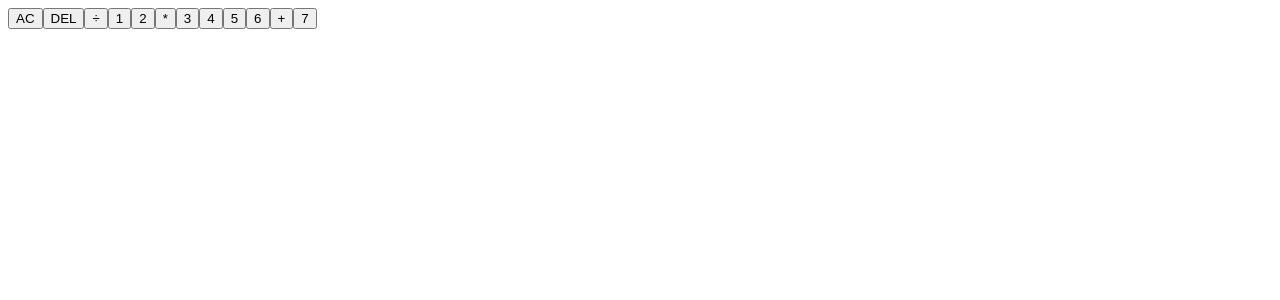
Repository: Ellisvelandia/Calculator
Page: /
The author's editor kept a copy of each file at every save. The page is drawn from the files as they stood at one save, then again after a run of saves.
The browser window is 1280 px wide. The pictures show the whole page.
The project was rebuilt for these pictures with package versions that can differ from the ones it lists, and the page was loaded fresh each time. Also part of the build but not shown: src/index.css, src/App.css.

Above is the page before, as saved 2022-08-15 23:32:33.

### src/App.js
import './App.css';

function App() {
  return (
    <div className="calculator.grid">
      <div className='output'>
        <div className="previous-operand"></div>
        <div className="current-operand"></div>
      </div>
      <button className='span-two'>AC</button>
      <button>DEL</button>
      <button>÷</button>
      <button>1</button>
      <button>2</button>
      <button>*</button>
      <button>3</button>
      <button>4</button>
      <button>5</button>
      <button>6</button>
      <button>+</button>
      <button>7</button>
    </div>
  );
}

export default App

Loaded but not shown: public/index.html (common file); src/index.js (common file); src/reportWebVitals.js (common file)

After the next 2 saves:
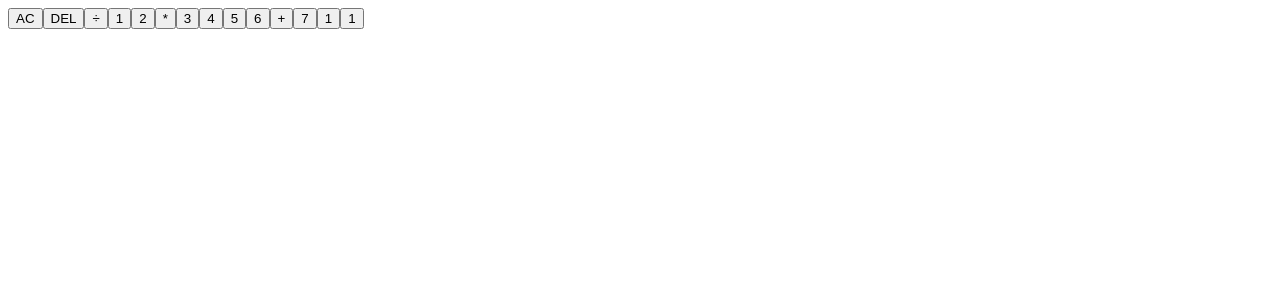
The 2 saves are shown as one change because they came seconds apart.
The last was saved 6 s later.
--- a/src/App.js
+++ b/src/App.js
@@ -19,6 +19,9 @@ function App() {
       <button>6</button>
       <button>+</button>
       <button>7</button>
+      <button>1</button>
+      <button>1</button>
+
     </div>
   );
 }
